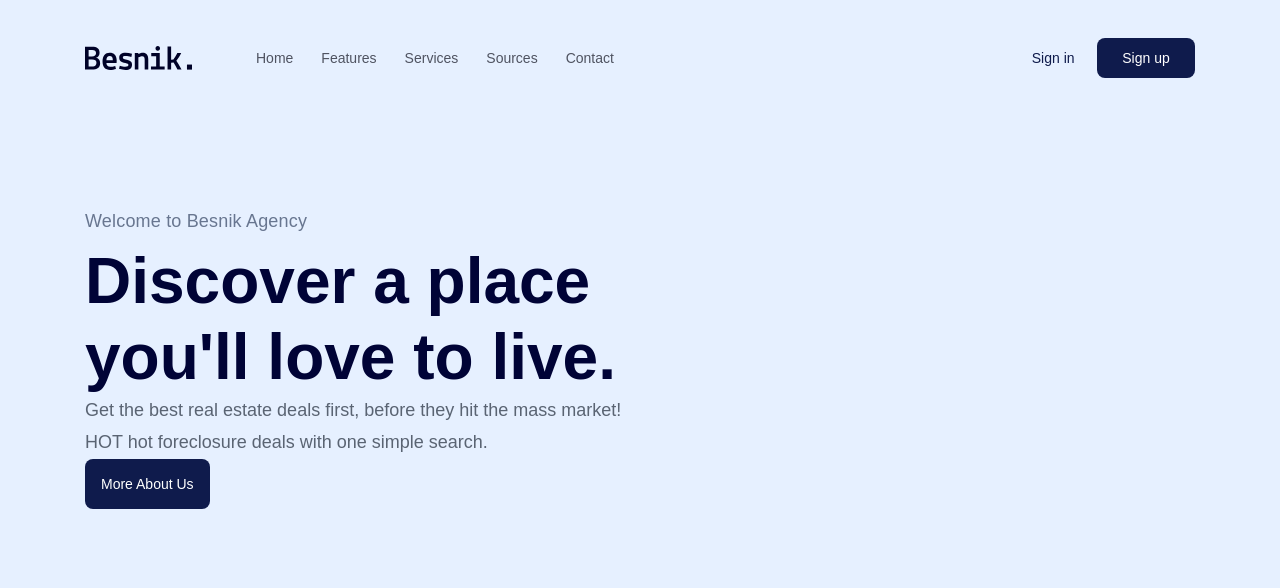
Repository: Daidoichihuy/project-01
Page: index.html
An editor plug-in stored every save of this project. The page is shown before and after the next save, followed by the edit.
The browser window is 1280 px wide. The pictures show the whole page.

Above is the page before, as saved 2024-04-28 12:04:37.

After the next save:
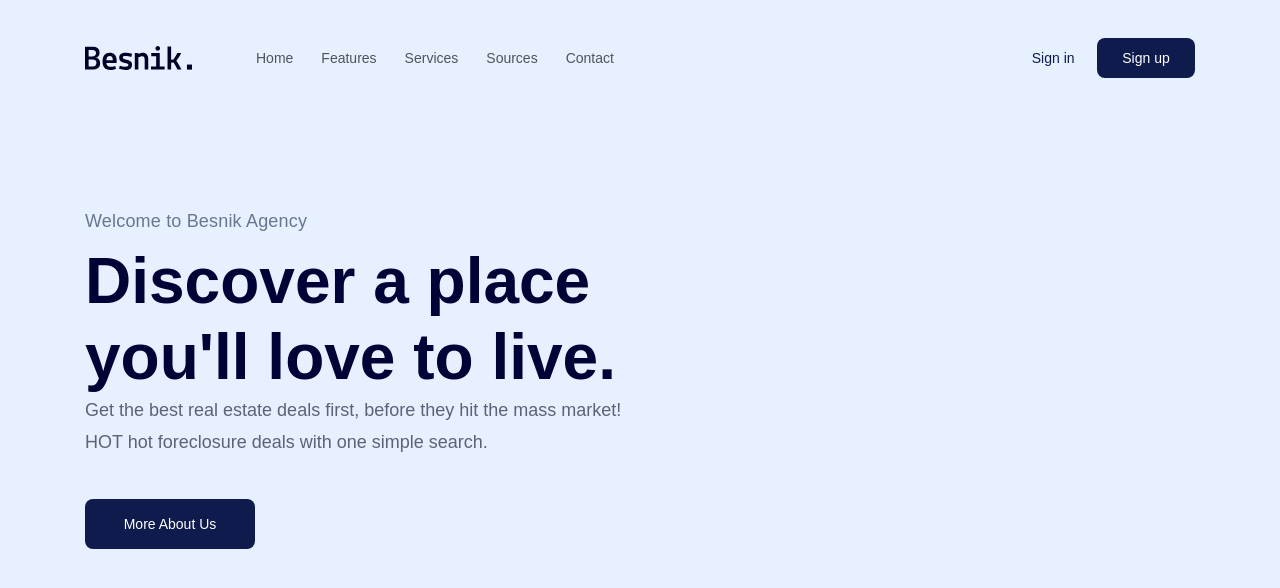
Saved 27 s later.
--- a/assets/css/style.css
+++ b/assets/css/style.css
@@ -107,7 +107,7 @@
   font-weight: 400;
   line-height: 177.778%;
 }
-.hero .cta {
+.hero-cta {
   min-width: 170px;
   margin-top: 40px;
 }
